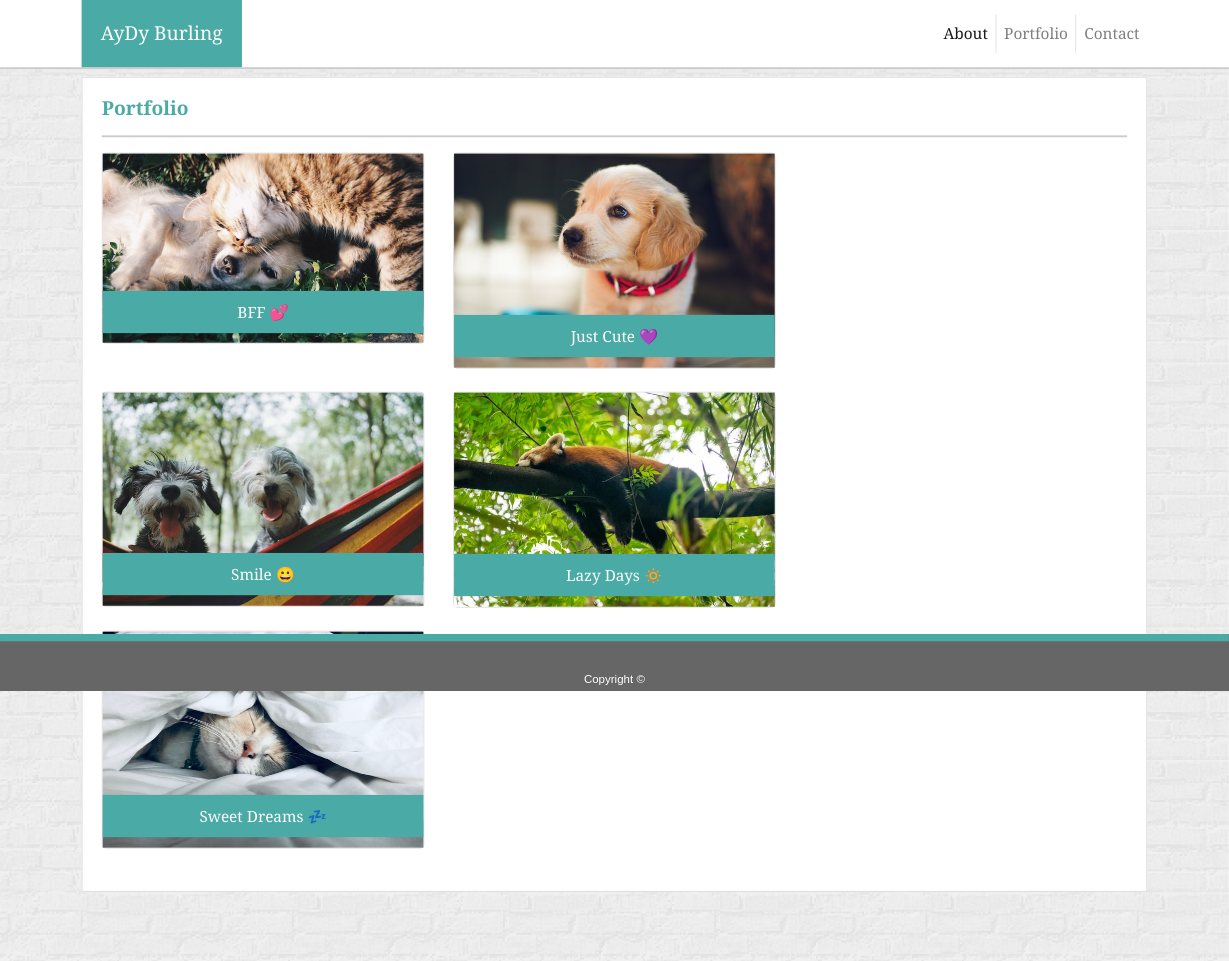
Repository: Dee1985/AyDy-Burling-prework
Page: Module-1_Assessment/portfolio.html
An editor plug-in stored every save of this project. The page is shown before and after the next save, followed by the edit.
The browser window is 1280 px wide. The pictures show the whole page, at 96% of full size.

Above is the page before, as saved 2020-05-22 22:40:35.

### Module-1_Assessment/portfolio.html
<!DOCTYPE html>
<html lang="en">
  <head>
    <meta charset="UTF-8" />
    <meta name="viewport" content="width=device-width, initial-scale=1.0" />
    <meta http-equiv="X-UA-Compatible" content="ie=edge" />
    <title>Portfolio</title>
    <link rel="stylesheet" href="assets/css/reset.css" />
    <link
      rel="stylesheet"
      href="https://stackpath.bootstrapcdn.com/bootstrap/4.3.1/css/bootstrap.min.css"
      integrity="sha384-ggOyR0iXCbMQv3Xipma34MD+dH/1fQ784/j6cY/iJTQUOhcWr7x9JvoRxT2MZw1T"
      crossorigin="anonymous"
    />
    <link rel="stylesheet" href="assets/css/style.css" />
  </head>
  <body>
    <nav class="navbar navbar-light navbar-expand-lg p-0 card-gallery ">
      <div class="container">
        <a href="# "class="navbar-brand text-white"
          >AyDy Burling</a>
          <button
              class="navbar-toggler"
              type="button"
              data-toggle="collapse"
              data-target="#navbarTogglerDemo02"
              aria-controls="navbarTogglerDemo02"
              aria-expanded="false"
              aria-label="Toggle navigation"
            >
              <span class="navbar-toggler-icon"></span>
            </button>
            <div class="collapse navbar-collapse" id="navbarTogglerDemo02">
              <ul class="navbar-nav ml-auto mt-2 mt-lg-0">
                <li class="nav-item active">
                  <a class="nav-link border-right" href="index.html">About</a>
                </li>
                <li class="nav-item">
                  <a class="nav-link border-right" href="#">Portfolio</a>
                </li>
                <li class="nav-item">
                  <a class="nav-link" href="contact.html" tabindex="-1">Contact</a>
                </li>
              </ul>
            </div>
          </nav>

    <section class="card-gallery">
      <div class="container">
        <div class="row">
          <div class="col-lg-12 mb-4 mt-2">
            <div class="card rounded-0 mb-5">
              <div class="card-body mt-9">
              <h5 class="card-title">Portfolio</h5>
              <hr />
              <!-- start of cards -->
            <div class="row justify-content-start">
              <!-- first card -->
                     <div class="col-lg-4 mb-4">
                            <div class="card text-white">
                                <img src="assets/img/krista-mangulsone-9gz3wfHr65U-unsplash.jpg" width="100%" height="auto" alt="cat and dog cuddles">
                                <div class="card-heading text-center">
                                    BFF 💕
                                </div>
                            </div>
                        </div>
               <!-- second card -->
                   <div class="col-lg-4 mb-4">
                            <div class="card text-white">
                                <img src="assets/img/berkay-gumustekin-ngqyo2AYYnE-unsplash.jpg" width="100%" height="auto" alt="puppy pic">
                                <div class="card-heading text-center">
                                    Just Cute 💜
                                </div>
                            </div>
                        </div>
            </div>
               <!-- third card -->
               <div class="row">
    <div class="col-lg-4 mb-4">
                            <div class="card text-white">
                                <img src="assets/img/alvan-nee-FHl79chXS6s-unsplash.jpg" width="100%" height="auto"alt="two dogs smiling">
                                <div class="card-heading text-center">
                                    Smile 😀
                                </div>
                            </div>
                        </div>
               <!-- fourth card -->
                   <div class="col-lg-4 mb-4">
                            <div class="card text-white">
                                <img src="assets/img/chris-curry-GYpsSWHslHA-unsplash.jpg" width="100%" height="auto" alt="animal sleeping on branch">
                                <div class="card-heading text-center">
                                    Lazy Days 🔅
                                </div>
                            </div>
                        </div>
                        </div>
               <!-- fifth card -->
               <div class="row justify-content-start">
                   <div class="col-lg-4 mb-4">
                            <div class="card text-white">
                                <img src="assets/img/kate-stone-matheson-uy5t-CJuIK4-unsplash.jpg" width="100%" height="auto" alt="cat under a blanket">
                                <div class="card-heading text-center">
                                    Sweet Dreams 💤
                                </div>
                            </div>
                        </div>
                        </div>

            </div>
              </div>
            </div>
          </div>
        </div>
      </div>
    </section>
    <footer>
      <div class="fixed text-center text-white"> Copyright &copy;</div>
    </footer>

    <script
      src="https://code.jquery.com/jquery-3.3.1.slim.min.js"
      integrity="sha384-q8i/X+965DzO0rT7abK41JStQIAqVgRVzpbzo5smXKp4YfRvH+8abtTE1Pi6jizo"
      crossorigin="anonymous"
    ></script>
    <script
      src="https://cdnjs.cloudflare.com/ajax/libs/popper.js/1.14.7/umd/popper.min.js"
      integrity="sha384-UO2eT0CpHqdSJQ6hJty5KVphtPhzWj9WO1clHTMGa3JDZwrnQq4sF86dIHNDz0W1"
      crossorigin="anonymous"
    ></script>
    <script
      src="https://stackpath.bootstrapcdn.com/bootstrap/4.3.1/js/bootstrap.min.js"
      integrity="sha384-JjSmVgyd0p3pXB1rRibZUAYoIIy6OrQ6VrjIEaFf/nJGzIxFDsf4x0xIM+B07jRM"
      crossorigin="anonymous"
    ></script>
  </body>
</html>

### Module-1_Assessment/assets/css/style.css
* {
	box-sizing: border-box;
	margin: 0;
	padding: 0;
}

section {
	/* https://www.toptal.com/designers/subtlepatterns/?s=brick */
	background-image: url('../img/brickwall_@2X.png');
	background-position: center;
}

nav {
	font-family: Cambria, Cochin, Georgia, Times, 'Times New Roman', serif;
}

.btn {
	background-color: #4aaaa5;
	border-color: #4aaaa5;
}
.navbar {
	border-bottom: 2px solid #cccccc;
}
a.navbar-brand {
	background-color: #4aaaa5;
	padding: 20px;
	margin: 0;
}
hr {
	border-top: 2px solid;
	border-color: #cccccc;
}

.card {
	font-family: Arial, Helvetica, sans-serif;
	border-color: #dddddd;
	height: auto;
}
.card-title {
	font-size: 20px;
	color: #4aaaa5;
	font-family: Cambria, Cochin, Georgia, Times, 'Times New Roman', serif;
	font-weight: bold;
}
.card-heading {
	background-color: #4aaaa5;
	font-size: 16px;
	font-family: Cambria, Cochin, Georgia, Times, 'Times New Roman', serif;
	position: absolute;
	bottom: 5%;
	width: 100%;
	padding-top: 10px;
	padding-bottom: 10px;
}

footer {
	position: fixed;
	left: 0;
	bottom: 0;
	width: 100%;
	border-top: 8px solid #4aaaa5;
	background-color: #666666;
	color: #ffffff;
	font-family: Arial, 'Helvetica Neue', Helvetica, sans-serif;
	font-size: 12px;
	height: 60px;
	padding-top: 30px;
}

Loaded but not shown: Module-1_Assessment/assets/css/reset.css (common file)

After the next save:
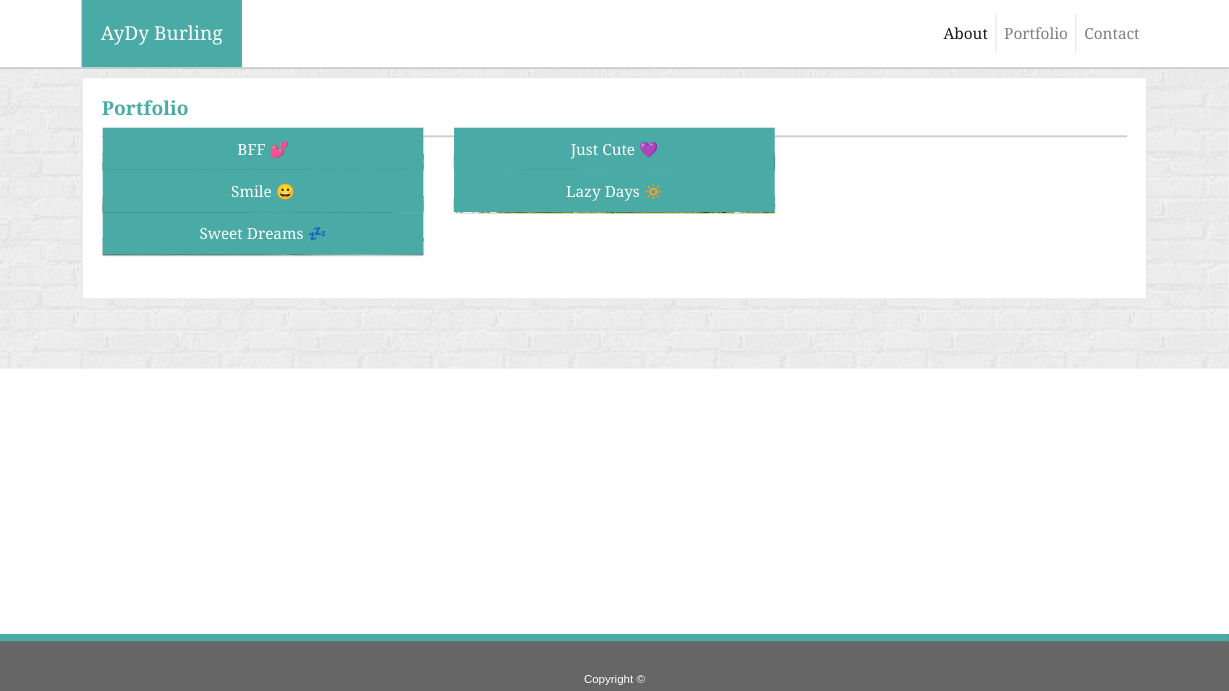
Saved 31 s later.
--- a/Module-1_Assessment/portfolio.html
+++ b/Module-1_Assessment/portfolio.html
@@ -58,7 +58,7 @@
               <!-- first card -->
                      <div class="col-lg-4 mb-4">
                             <div class="card text-white">
-                                <img src="assets/img/krista-mangulsone-9gz3wfHr65U-unsplash.jpg" width="100%" height="auto" alt="cat and dog cuddles">
+                                <img src="assets/img/krista-mangulsone-9gz3wfHr65U-unsplash.jpg" width="100%" height="18rem" alt="cat and dog cuddles">
                                 <div class="card-heading text-center">
                                     BFF 💕
                                 </div>
@@ -67,7 +67,7 @@
                <!-- second card -->
                    <div class="col-lg-4 mb-4">
                             <div class="card text-white">
-                                <img src="assets/img/berkay-gumustekin-ngqyo2AYYnE-unsplash.jpg" width="100%" height="auto" alt="puppy pic">
+                                <img src="assets/img/berkay-gumustekin-ngqyo2AYYnE-unsplash.jpg" width="100%" height="18rem" alt="puppy pic">
                                 <div class="card-heading text-center">
                                     Just Cute 💜
                                 </div>
@@ -78,7 +78,7 @@
                <div class="row">
     <div class="col-lg-4 mb-4">
                             <div class="card text-white">
-                                <img src="assets/img/alvan-nee-FHl79chXS6s-unsplash.jpg" width="100%" height="auto"alt="two dogs smiling">
+                                <img src="assets/img/alvan-nee-FHl79chXS6s-unsplash.jpg" width="100%" height="18rem"alt="two dogs smiling">
                                 <div class="card-heading text-center">
                                     Smile 😀
                                 </div>
@@ -87,7 +87,7 @@
                <!-- fourth card -->
                    <div class="col-lg-4 mb-4">
                             <div class="card text-white">
-                                <img src="assets/img/chris-curry-GYpsSWHslHA-unsplash.jpg" width="100%" height="auto" alt="animal sleeping on branch">
+                                <img src="assets/img/chris-curry-GYpsSWHslHA-unsplash.jpg" width="100%" height="18rem" alt="animal sleeping on branch">
                                 <div class="card-heading text-center">
                                     Lazy Days 🔅
                                 </div>
@@ -98,7 +98,7 @@
                <div class="row justify-content-start">
                    <div class="col-lg-4 mb-4">
                             <div class="card text-white">
-                                <img src="assets/img/kate-stone-matheson-uy5t-CJuIK4-unsplash.jpg" width="100%" height="auto" alt="cat under a blanket">
+                                <img src="assets/img/kate-stone-matheson-uy5t-CJuIK4-unsplash.jpg" width="100%" height="18rem" alt="cat under a blanket">
                                 <div class="card-heading text-center">
                                     Sweet Dreams 💤
                                 </div>

After the save that followed:
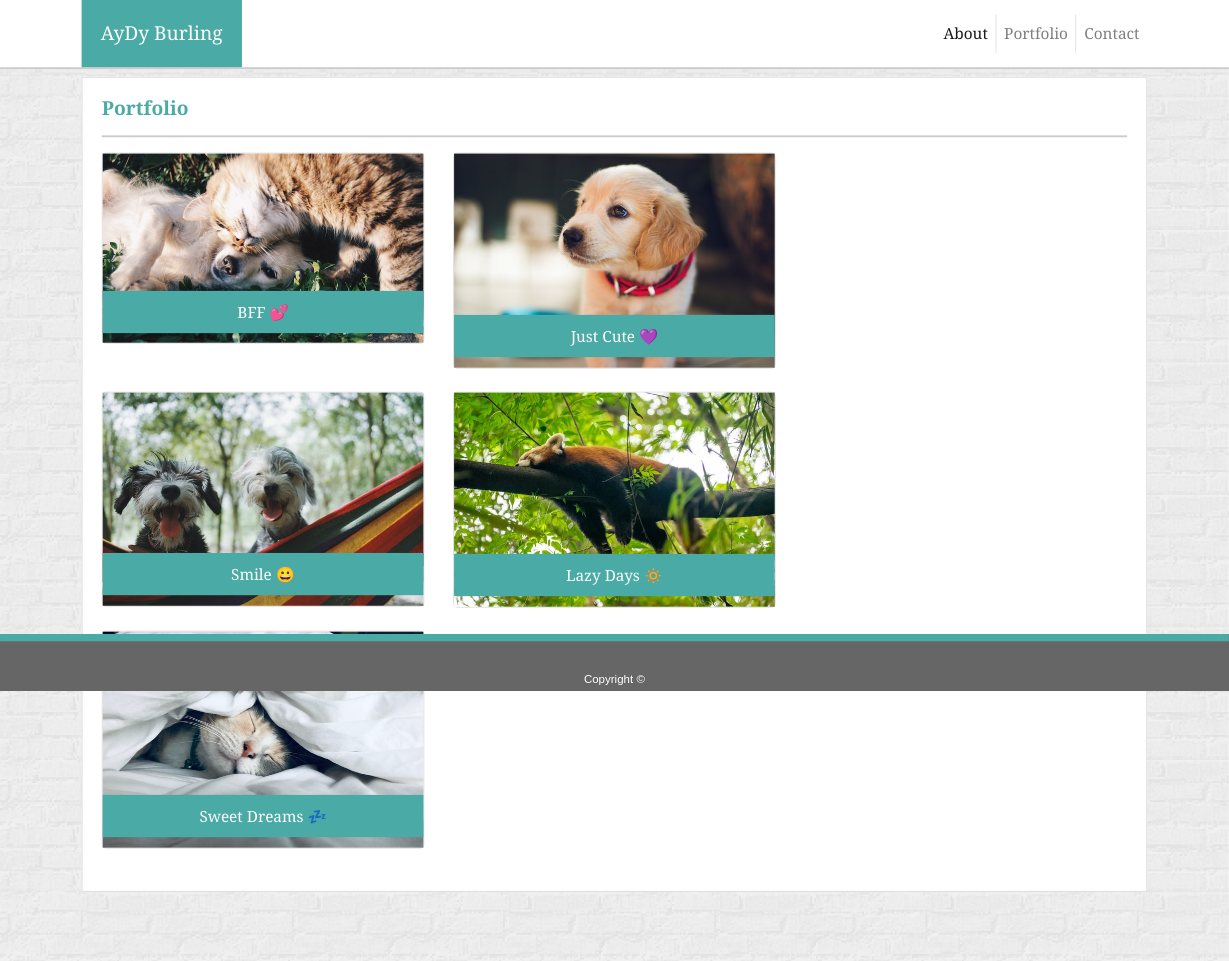
Saved 24 s later.
--- a/Module-1_Assessment/portfolio.html
+++ b/Module-1_Assessment/portfolio.html
@@ -58,7 +58,7 @@
               <!-- first card -->
                      <div class="col-lg-4 mb-4">
                             <div class="card text-white">
-                                <img src="assets/img/krista-mangulsone-9gz3wfHr65U-unsplash.jpg" width="100%" height="18rem" alt="cat and dog cuddles">
+                                <img src="assets/img/krista-mangulsone-9gz3wfHr65U-unsplash.jpg" width="100%" height="" alt="cat and dog cuddles">
                                 <div class="card-heading text-center">
                                     BFF 💕
                                 </div>
@@ -67,7 +67,7 @@
                <!-- second card -->
                    <div class="col-lg-4 mb-4">
                             <div class="card text-white">
-                                <img src="assets/img/berkay-gumustekin-ngqyo2AYYnE-unsplash.jpg" width="100%" height="18rem" alt="puppy pic">
+                                <img src="assets/img/berkay-gumustekin-ngqyo2AYYnE-unsplash.jpg" width="100%" height="" alt="puppy pic">
                                 <div class="card-heading text-center">
                                     Just Cute 💜
                                 </div>
@@ -78,7 +78,7 @@
                <div class="row">
     <div class="col-lg-4 mb-4">
                             <div class="card text-white">
-                                <img src="assets/img/alvan-nee-FHl79chXS6s-unsplash.jpg" width="100%" height="18rem"alt="two dogs smiling">
+                                <img src="assets/img/alvan-nee-FHl79chXS6s-unsplash.jpg" width="100%" height=""alt="two dogs smiling">
                                 <div class="card-heading text-center">
                                     Smile 😀
                                 </div>
@@ -87,7 +87,7 @@
                <!-- fourth card -->
                    <div class="col-lg-4 mb-4">
                             <div class="card text-white">
-                                <img src="assets/img/chris-curry-GYpsSWHslHA-unsplash.jpg" width="100%" height="18rem" alt="animal sleeping on branch">
+                                <img src="assets/img/chris-curry-GYpsSWHslHA-unsplash.jpg" width="100%" height="" alt="animal sleeping on branch">
                                 <div class="card-heading text-center">
                                     Lazy Days 🔅
                                 </div>
@@ -98,7 +98,7 @@
                <div class="row justify-content-start">
                    <div class="col-lg-4 mb-4">
                             <div class="card text-white">
-                                <img src="assets/img/kate-stone-matheson-uy5t-CJuIK4-unsplash.jpg" width="100%" height="18rem" alt="cat under a blanket">
+                                <img src="assets/img/kate-stone-matheson-uy5t-CJuIK4-unsplash.jpg" width="100%" height="" alt="cat under a blanket">
                                 <div class="card-heading text-center">
                                     Sweet Dreams 💤
                                 </div>
